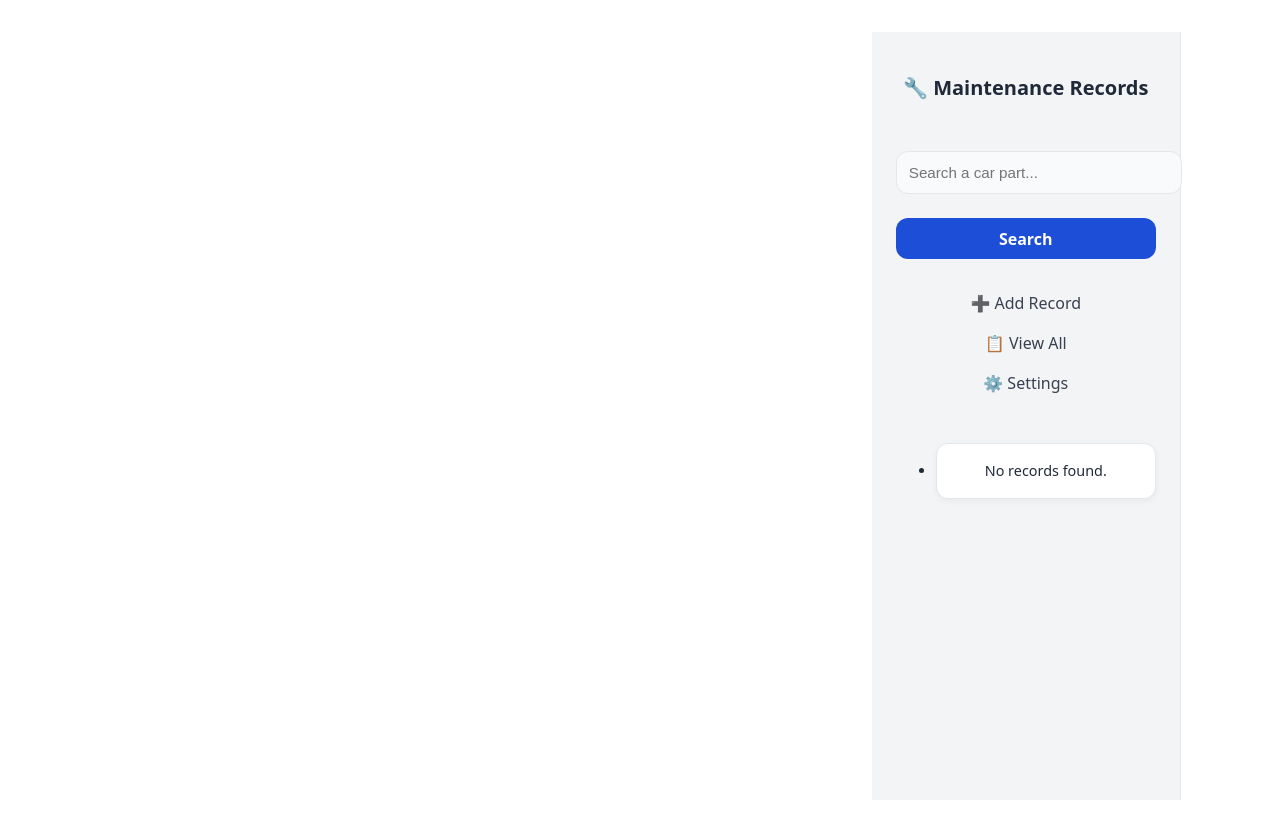
Repository: YoussefAzmires/wevdebautovitals
Page: /search (app in frontend/)
An editor plug-in stored every save of this project. The page is shown before and after a run of saves, followed by the edit.
The browser window is 1280 px wide. The pictures show the whole page.
The page's requests for data from a server got no answer. The project was rebuilt for these pictures with package versions that can differ from the ones it lists, and the page was loaded fresh each time. No one was signed in, and anything a server would have sent is missing. Also part of the build but not shown: frontend/vite.config.ts, frontend/src/components/AddMaintenanceRecordsForm/AddMaintenanceRecordsForm.tsx.

Above is the page before, as saved 2025-04-22 16:34:44.

After the next 2 saves:
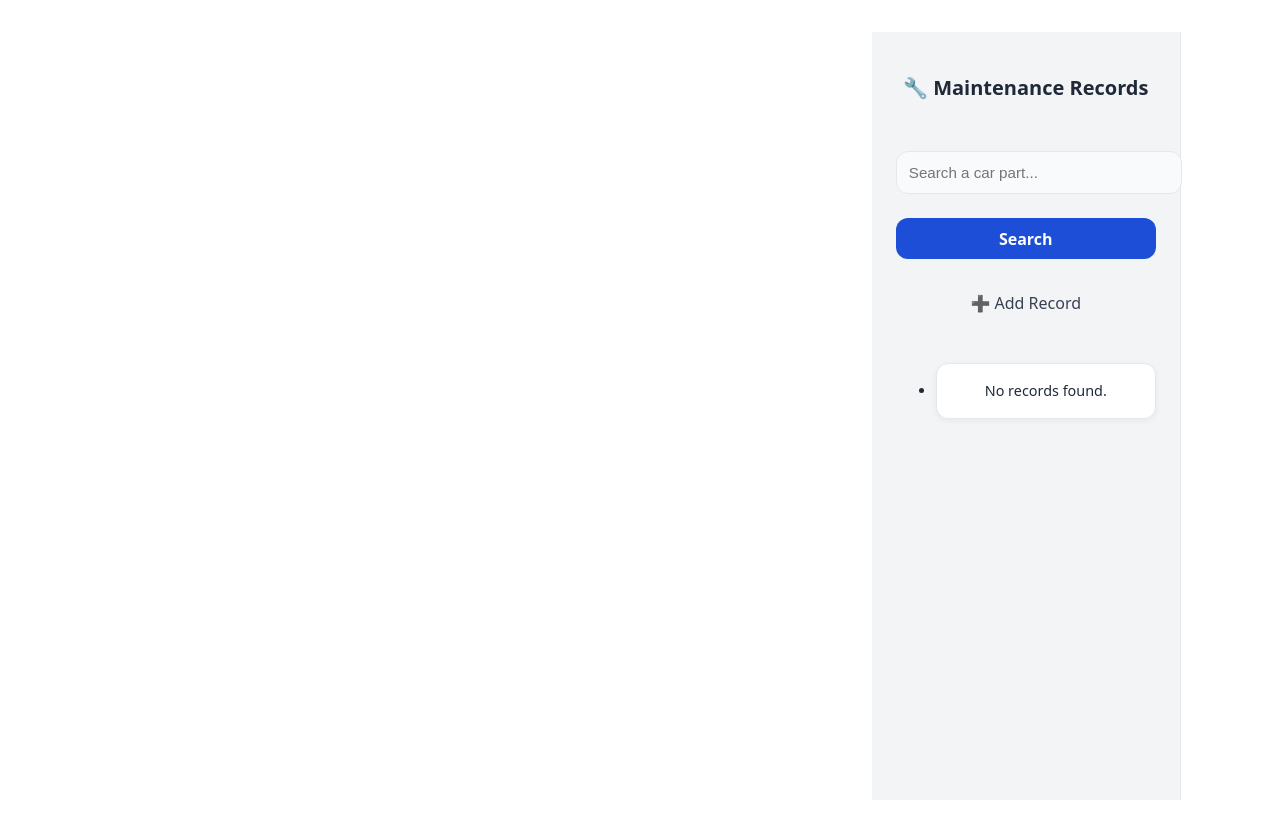
The 2 saves are shown as one change because 1 did not build or start.
The last was saved 4 min 5 s later.
--- a/frontend/src/components/sidebarSearch/SidebarSearch.tsx
+++ b/frontend/src/components/sidebarSearch/SidebarSearch.tsx
@@ -11,41 +11,38 @@ interface MaintenanceRecord {
 export default function SidebarSearch() {
   const [search, setSearch] = useState("");
   const [records, setRecords] = useState<MaintenanceRecord[]>([]);
+  const [selectedRecord, setSelectedRecord] = useState<MaintenanceRecord | null>(null);
 
   useEffect(() => {
     fetchAllRecords();
   }, []);
-  async function handleDelete(carPart: string) {
-    const res = await fetch(
-      `http://localhost:3000/api/maintenance/carpart/${carPart}`,
-      { method: "DELETE" }
-    );
-    if (res.ok) {
-      console.log("Deleted:", carPart);
-      fetchAllRecords();
-    } else {
-      console.error("Delete failed");
-    }
-  }
+
   async function fetchAllRecords() {
     try {
       const response = await fetch("http://localhost:3000/api/maintenance");
       const data = await response.json();
-      console.log("Fetched all on load:", data);
-
       if (Array.isArray(data)) {
         setRecords(data);
       } else {
         setRecords([]);
       }
     } catch (err) {
-      console.error("Failed to fetch records on load", err);
+      console.error("Failed to fetch records", err);
     }
   }
 
-  async function handleSearchChangeAndFetch(
-    e: React.ChangeEvent<HTMLInputElement>
-  ) {
+  async function handleDelete(carPart: string) {
+    const res = await fetch(`http://localhost:3000/api/maintenance/carpart/${carPart}`, {
+      method: "DELETE",
+    });
+    if (res.ok) {
+      fetchAllRecords();
+    } else {
+      console.error("Delete failed");
+    }
+  }
+
+  async function handleSearchChangeAndFetch(e: React.ChangeEvent<HTMLInputElement>) {
     const newSearch = e.target.value;
     setSearch(newSearch);
 
@@ -53,12 +50,8 @@ export default function SidebarSearch() {
       if (newSearch === "") {
         fetchAllRecords();
       } else {
-        const response = await fetch(
-          `http://localhost:3000/api/maintenance/carpart/${newSearch}`
-        );
+        const response = await fetch(`http://localhost:3000/api/maintenance/carpart/${newSearch}`);
         const data = await response.json();
-        console.log("Fetched single record:", data);
-
         if (data && typeof data === "object" && !Array.isArray(data)) {
           setRecords([data]);
         } else {
@@ -71,6 +64,22 @@ export default function SidebarSearch() {
     }
   }
 
+  // 🧱 Display-only modal content
+  let modal = null;
+  if (selectedRecord) {
+    modal = (
+      <div className="modal-overlay" onClick={() => setSelectedRecord(null)}>
+        <div className="modal" onClick={(e) => e.stopPropagation()}>
+          <h2>{selectedRecord.carPart}</h2>
+          <p>Last Changed: {selectedRecord.lastChanged.slice(0, 10)}</p>
+          <p>Next Change: {selectedRecord.nextChange?.slice(0, 10) || "N/A"}</p>
+          <p>Mileage: {selectedRecord.mileage} km</p>
+          <button onClick={() => setSelectedRecord(null)}>Close</button>
+        </div>
+      </div>
+    );
+  }
+
   return (
     <aside className="sidebar">
       <h2 className="sidebar-title">🔧 Maintenance Records</h2>
@@ -80,6 +89,7 @@ export default function SidebarSearch() {
           type="text"
           placeholder="Search a car part..."
           className="search-input"
+          value={search}
           onChange={handleSearchChangeAndFetch}
         />
         <button className="search-button">Search</button>
@@ -87,19 +97,19 @@ export default function SidebarSearch() {
 
       <nav className="sidebar-links">
         <a href="/add">➕ Add Record</a>
-        <a href="#">📋 View All</a>
-        <a href="#">⚙️ Settings</a>
       </nav>
 
       <ul className="records-list">
-        {records.length > 0 &&
+        {records.length > 0 ? (
           records.slice(0, 10).map((record, index) => (
             <li key={index} className="record-item">
               <div
+                onClick={() => setSelectedRecord(record)}
                 style={{
                   display: "flex",
                   justifyContent: "space-between",
                   alignItems: "center",
+                  cursor: "pointer",
                 }}
               >
                 <span>
@@ -108,18 +118,22 @@ export default function SidebarSearch() {
                 </span>
                 <button
                   className="delete-button"
-                  onClick={() => handleDelete(record.carPart)}
+                  onClick={(e) => {
+                    e.stopPropagation();
+                    handleDelete(record.carPart);
+                  }}
                 >
                   ❌
                 </button>
               </div>
             </li>
-          ))}
-
-        {records.length === 0 && (
+          ))
+        ) : (
           <li className="record-item">No records found.</li>
         )}
       </ul>
+
+      {modal}
     </aside>
   );
 }
